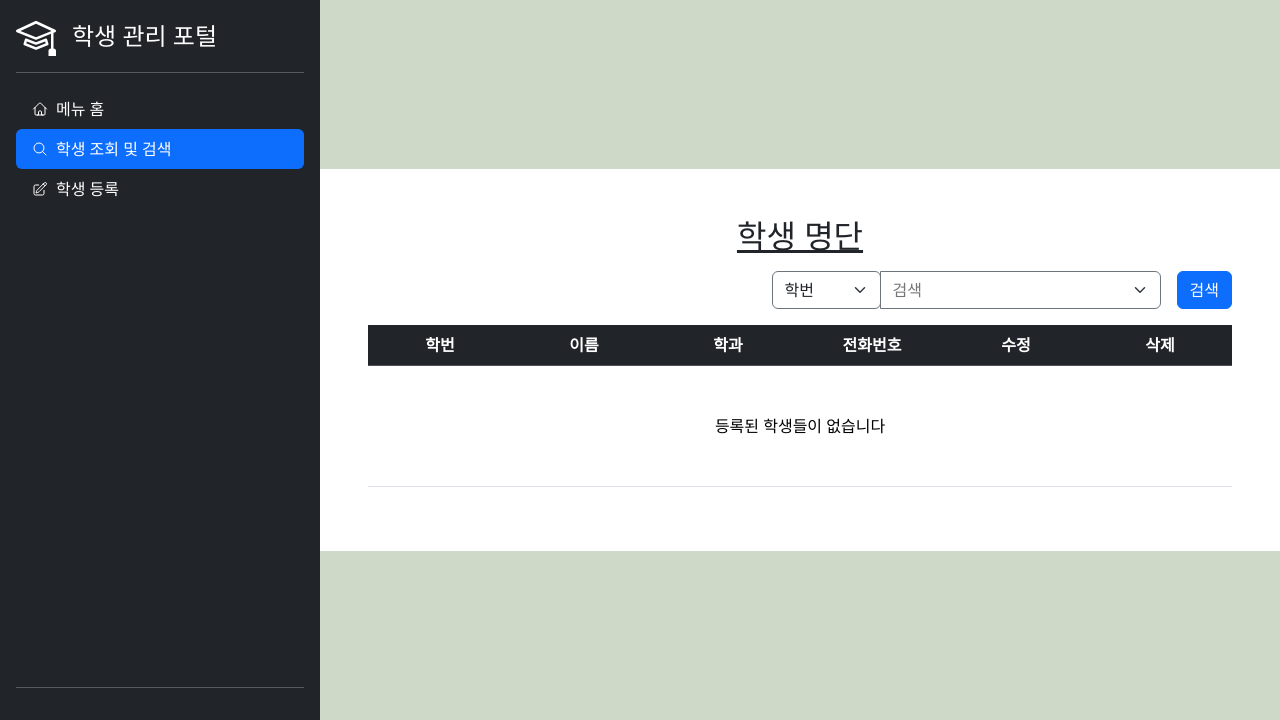
Repository: invisibleufo101/StudentManagementWeb
Page: http://localhost/HSW_Web/browseStudents.do
The author's editor kept a copy of each file at every save. The page is drawn from the files as they stood at one save, then again after the next save.
The browser window is 1280 px wide. The pictures show the whole page.
The page is served by Tomcat 9. Queries for data that is not in the repository find no rows.

Above is the page before, as saved 2024-09-24 15:15:04.

After the next save:
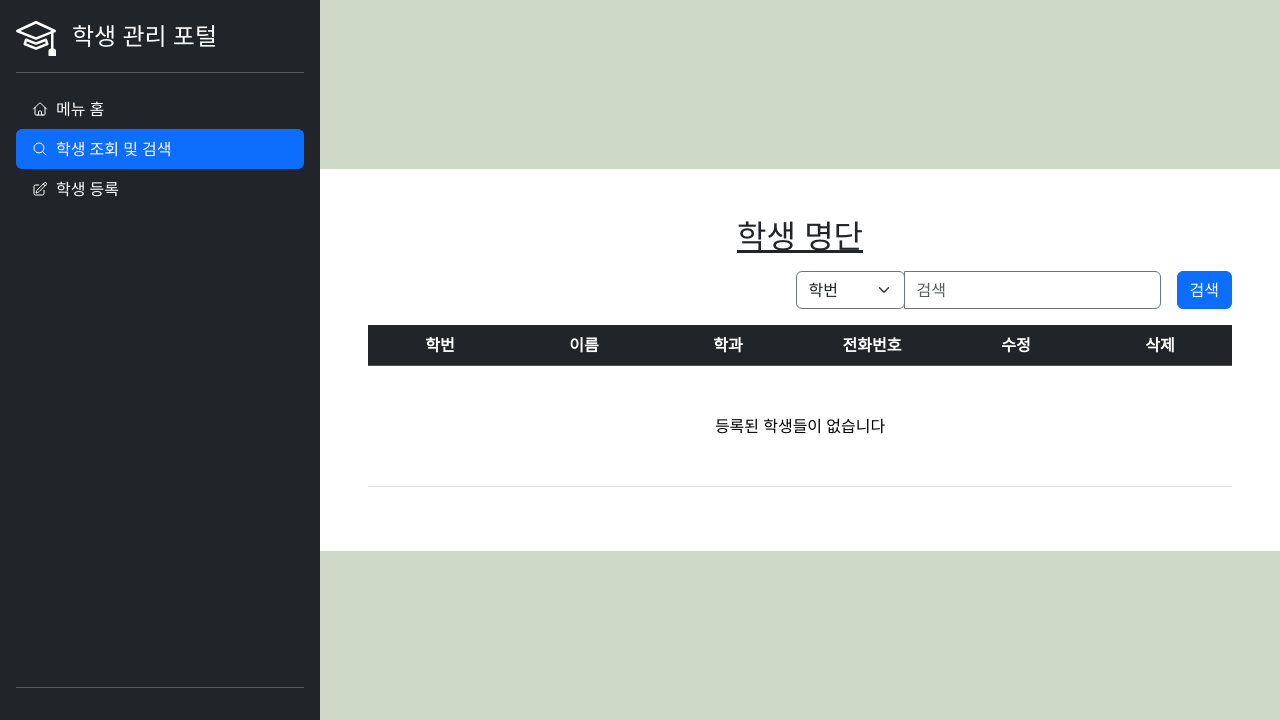
Saved 4 s later.
--- a/HSW_Web/src/main/java/com/university/controller/BrowseStudentsServlet.java
+++ b/HSW_Web/src/main/java/com/university/controller/BrowseStudentsServlet.java
@@ -178,7 +178,7 @@ public class BrowseStudentsServlet extends HttpServlet {
 //		out.println("<div class=''>");
 //		out.println("</div>");
 
-		out.println("<input type='search' class='form-select border border-secondary' id='search_student_keyword' name='search_student_keyword' placeholder='검색' value='"
+		out.println("<input type='search' class='form-control border border-secondary' id='search_student_keyword' name='search_student_keyword' placeholder='검색' value='"
 						+ session.getAttribute("searchKeyword") + "'>");
 		out.println("</div>");
 		out.println("</div>");
